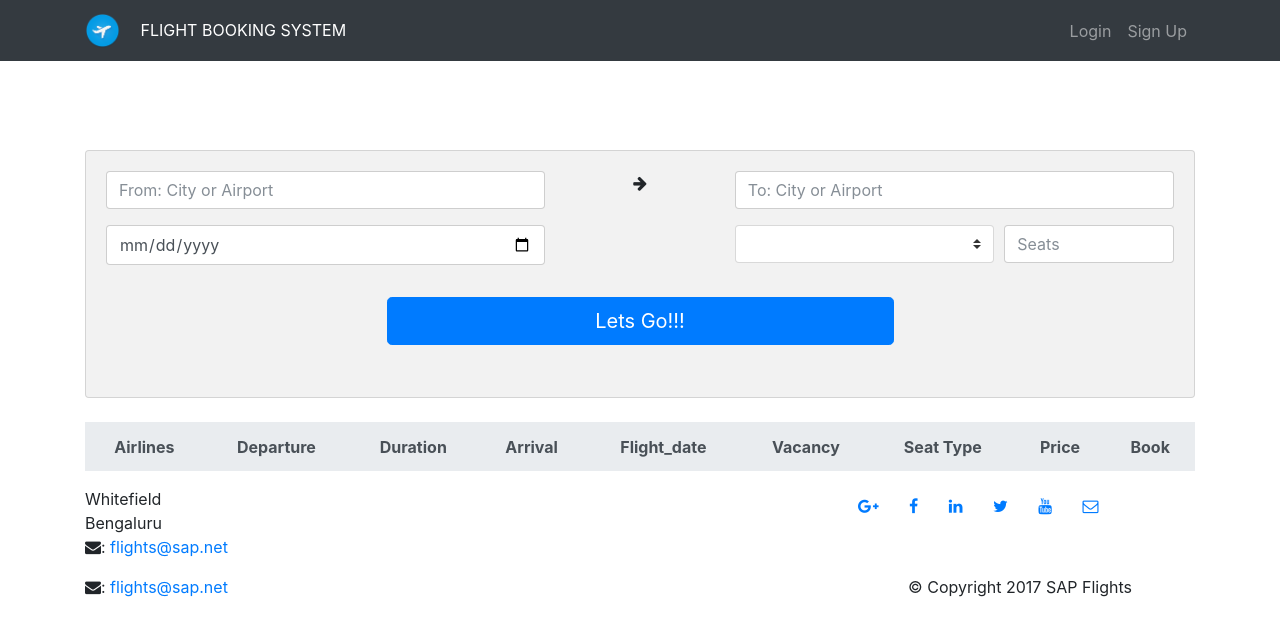
Repository: yashtatia/Spring-Practice
Page: http://localhost/FitnessTracker/WEB-INF/jsp/flightpage.jsp
An editor plug-in stored every save of this project. The page is shown before and after the next save, followed by the edit.
The browser window is 1280 px wide. The pictures show the whole page.
Some web libraries are served in a nearby version. The page is served by Tomcat 9. Nobody is signed in. The template is opened directly, without the code that normally fills it, so the values that code supplies are empty.

Above is the page before, as saved 2017-09-05 20:34:54.

After the next save:
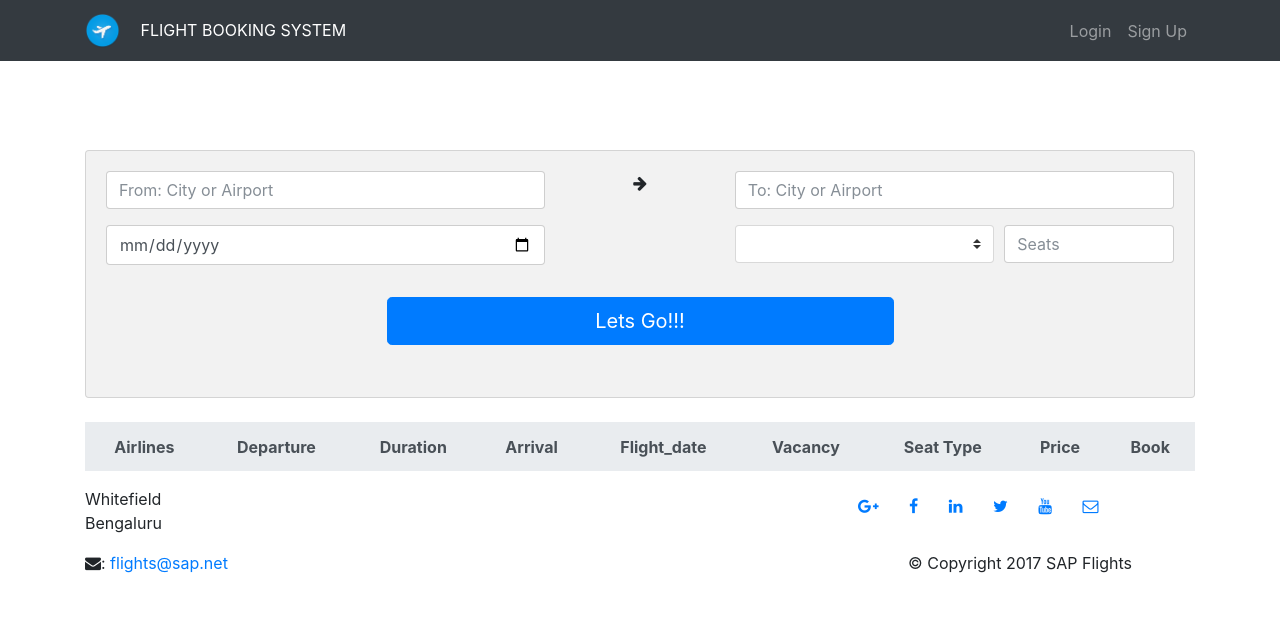
Saved 11 s later.
--- a/FitnessTracker/src/main/webapp/WEB-INF/jsp/footer.jsp
+++ b/FitnessTracker/src/main/webapp/WEB-INF/jsp/footer.jsp
@@ -7,9 +7,7 @@
                     <address>
 		              Whitefield<br>
 		              Bengaluru<br>
-		              <i class="fa fa-envelope"></i>:
-                         <a href="mailto:flights@sap.net">
-                         flights@sap.net</a>
+
                     </address>
                 </div>
                 <div class="col-md-4">
